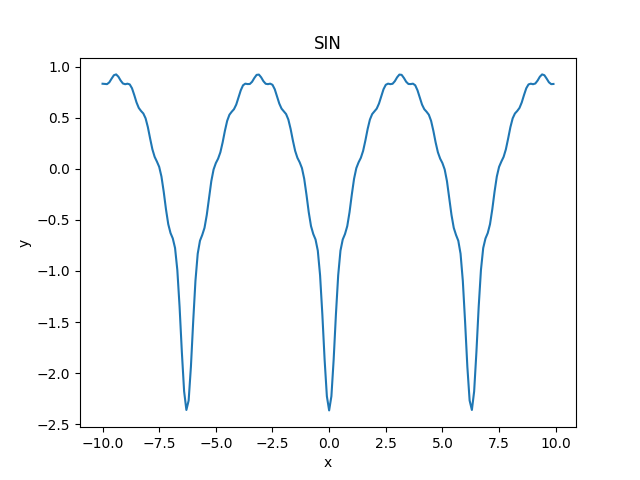
Repository: eieioF11/Python
Script's output: python project/python_sample/Fourier.py
An editor plug-in stored every save of this project. The script's output is shown before and after the next save, followed by the edit.
Random numbers start from a fixed seed.

Above is the script's output before, as saved 2020-05-22 15:40:01.

### project/python_sample/Fourier.py
import numpy as np
import matplotlib.pyplot as plt

#x = np.arange(-10, 10, 0.1)  # x座標を-10 から 10 まで 0.1 きざみで取得
def F(t):
    k=10
    y=0
    for n in range(1,k,1):
        y+=((-1**n)/(2*n-1))*np.cos(n*t)
    y *= 1/2+2/np.pi
    return y

X=np.arange(-10, 10, 0.1)
Y=F(X)

# グラフを書く
plt.plot(X,Y)
# グラフのタイトル
plt.title("SIN")
# x軸のラベル
plt.xlabel("x")
# y軸のラベル
plt.ylabel("y")
# 表示する
plt.show()

After the next save:
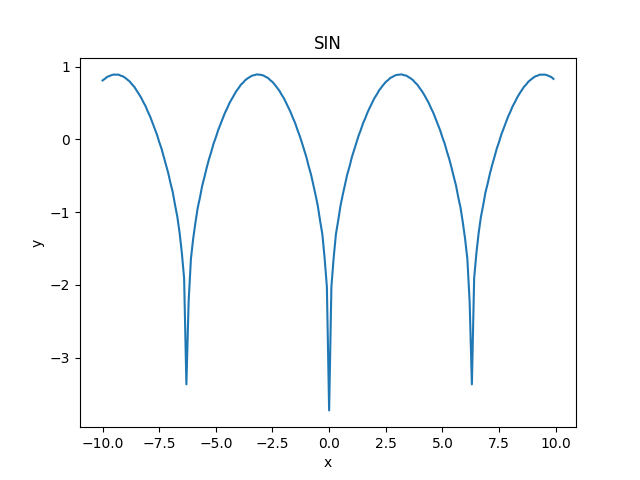
Saved 10 s later.
--- a/project/python_sample/Fourier.py
+++ b/project/python_sample/Fourier.py
@@ -3,7 +3,7 @@ import matplotlib.pyplot as plt
 
 #x = np.arange(-10, 10, 0.1)  # x座標を-10 から 10 まで 0.1 きざみで取得
 def F(t):
-    k=10
+    k=100
     y=0
     for n in range(1,k,1):
         y+=((-1**n)/(2*n-1))*np.cos(n*t)
